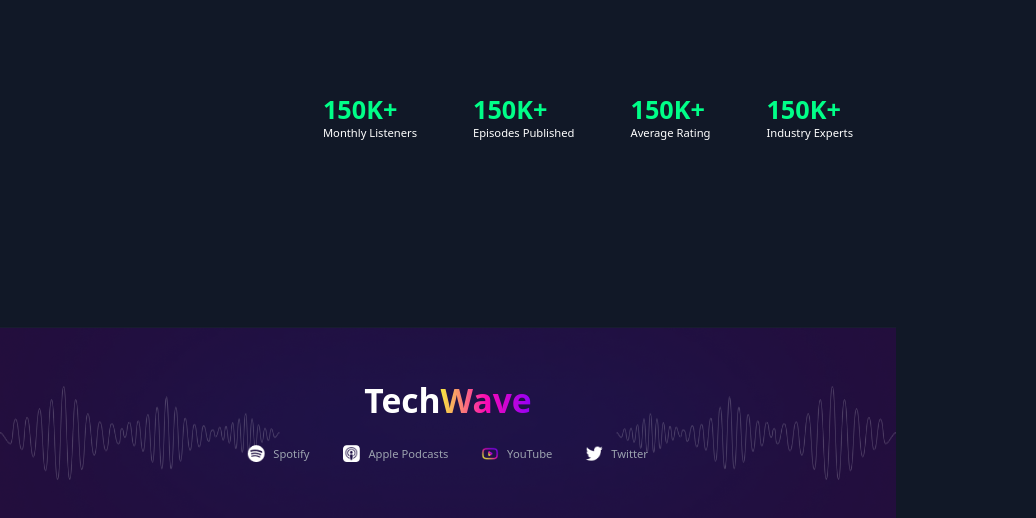
Repository: tanimtanzilislam/Assignment_2
Page: index.html
These files come from the project's save history. The page is drawn as it stood at one moment and after the next save; the edit follows.
The browser window is 1280 px wide. The page is 1480 px wide, so the pictures cover 1480 px, including what lies to the right of the window. The pictures show the part of the page from y = 910 to 2590 px (the page is 1650 px tall before and 2590 px after), at 70% of full size.
Some web libraries are served in a nearby version.

Above is the page before, as saved 2026-02-27 00:04:02.

After the next save:
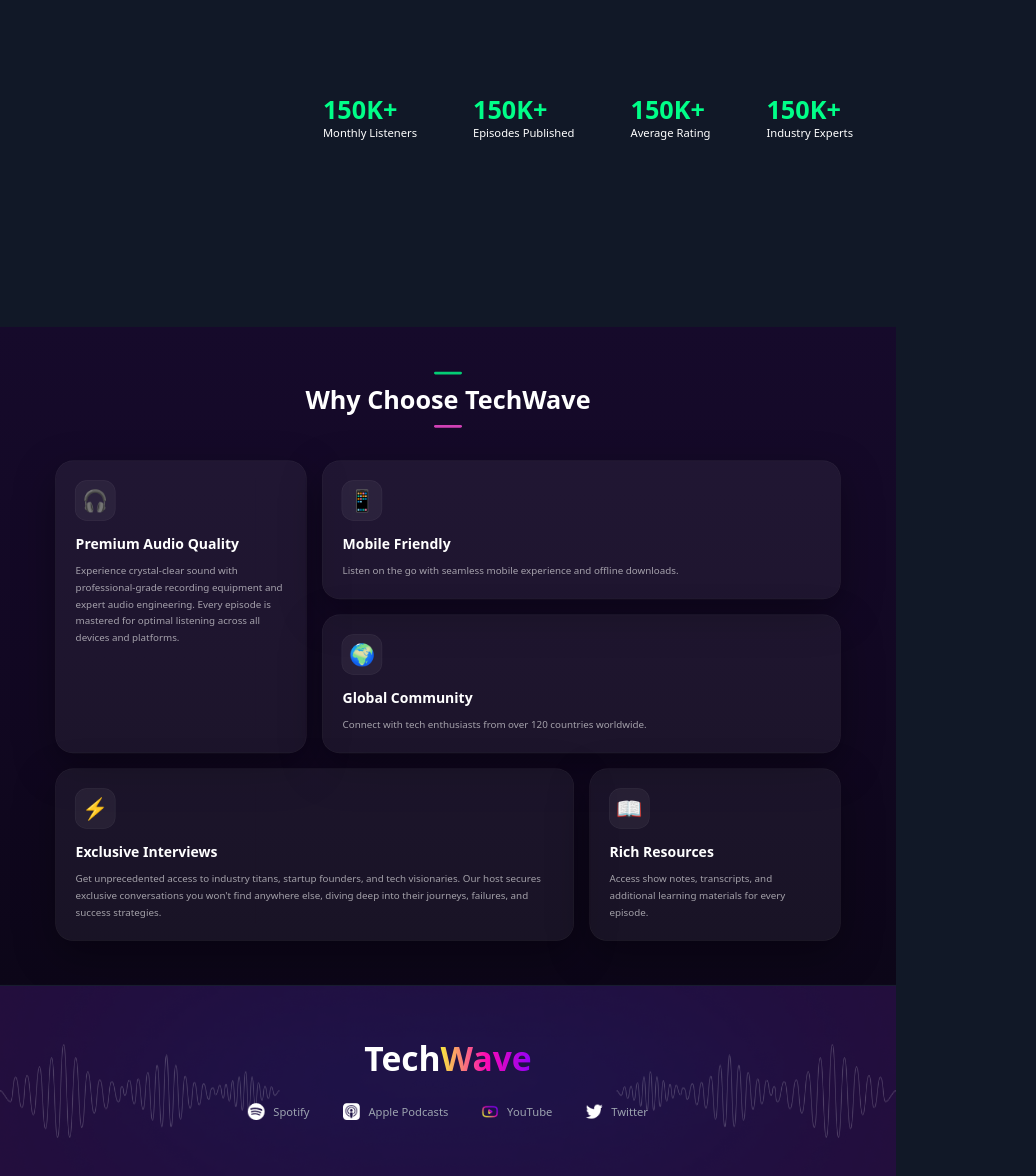
Saved 2 h 4 min later.
--- a/index.html
+++ b/index.html
@@ -100,6 +100,80 @@ and share stories of personal growth from industry leaders.
 
     </div>
     </section>
+
+
+
+    <section class="relative overflow-hidden bg-gradient-to-b from-[#160a2b] via-[#120823] to-[#0c0618] py-16">
+  <div class="mx-auto max-w-6xl px-4">
+    <!-- Heading -->
+    <div class="text-center">
+      <div class="mx-auto mb-4 h-1 w-10 rounded-full bg-[#00FF88]/80"></div>
+      <h2 class="text-3xl font-extrabold text-white sm:text-4xl">Why Choose TechWave</h2>
+      <div class="mx-auto mt-4 h-1 w-10 rounded-full bg-[#ff4fd8]/80"></div>
+    </div>
+
+    <!-- Grid (mobile: 1 col, md+: 12 col) -->
+    <div class="mt-12 grid grid-cols-1 gap-6 md:grid-cols-12">
+      <!-- Left Tall Card -->
+      <div class="rounded-3xl bg-white/5 p-7 shadow-[0_20px_60px_rgba(0,0,0,0.35)] ring-1 ring-white/10 md:col-span-4 md:row-span-2">
+        <div class="mb-5 flex h-14 w-14 items-center justify-center rounded-2xl bg-white/5 ring-1 ring-white/10">
+          <span class="text-3xl">🎧</span>
+        </div>
+        <h3 class="text-xl font-bold text-white">Premium Audio Quality</h3>
+        <p class="mt-3 text-sm leading-6 text-white/60">
+          Experience crystal-clear sound with professional-grade recording equipment and expert audio engineering.
+          Every episode is mastered for optimal listening across all devices and platforms.
+        </p>
+      </div>
+
+      <!-- Right Top Card -->
+      <div class="rounded-3xl bg-white/5 p-7 shadow-[0_20px_60px_rgba(0,0,0,0.35)] ring-1 ring-white/10 md:col-span-8">
+        <div class="mb-5 flex h-14 w-14 items-center justify-center rounded-2xl bg-white/5 ring-1 ring-white/10">
+          <span class="text-3xl">📱</span>
+        </div>
+        <h3 class="text-xl font-bold text-white">Mobile Friendly</h3>
+        <p class="mt-3 text-sm leading-6 text-white/60">
+          Listen on the go with seamless mobile experience and offline downloads.
+        </p>
+      </div>
+
+      <!-- Right Middle Card -->
+      <div class="rounded-3xl bg-white/5 p-7 shadow-[0_20px_60px_rgba(0,0,0,0.35)] ring-1 ring-white/10 md:col-span-8">
+        <div class="mb-5 flex h-14 w-14 items-center justify-center rounded-2xl bg-white/5 ring-1 ring-white/10">
+          <span class="text-3xl">🌍</span>
+        </div>
+        <h3 class="text-xl font-bold text-white">Global Community</h3>
+        <p class="mt-3 text-sm leading-6 text-white/60">
+          Connect with tech enthusiasts from over 120 countries worldwide.
+        </p>
+      </div>
+
+      <!-- Bottom Left Wide Card -->
+      <div class="rounded-3xl bg-white/5 p-7 shadow-[0_20px_60px_rgba(0,0,0,0.35)] ring-1 ring-white/10 md:col-span-8">
+        <div class="mb-5 flex h-14 w-14 items-center justify-center rounded-2xl bg-white/5 ring-1 ring-white/10">
+          <span class="text-3xl">⚡</span>
+        </div>
+        <h3 class="text-xl font-bold text-white">Exclusive Interviews</h3>
+        <p class="mt-3 text-sm leading-6 text-white/60">
+          Get unprecedented access to industry titans, startup founders, and tech visionaries. Our host secures
+          exclusive conversations you won't find anywhere else, diving deep into their journeys, failures, and
+          success strategies.
+        </p>
+      </div>
+
+      <!-- Bottom Right Small Card -->
+      <div class="rounded-3xl bg-white/5 p-7 shadow-[0_20px_60px_rgba(0,0,0,0.35)] ring-1 ring-white/10 md:col-span-4">
+        <div class="mb-5 flex h-14 w-14 items-center justify-center rounded-2xl bg-white/5 ring-1 ring-white/10">
+          <span class="text-3xl">📖</span>
+        </div>
+        <h3 class="text-xl font-bold text-white">Rich Resources</h3>
+        <p class="mt-3 text-sm leading-6 text-white/60">
+          Access show notes, transcripts, and additional learning materials for every episode.
+        </p>
+      </div>
+    </div>
+  </div>
+</section>
     <!-- max-w-[1600px] w-full ekssathe use korse cz w-full small screen a used hbe full screen width nibe. ar max-w-[1600 ] boro screen e  max 1600px nibe -->
      <!-- mx-auto: left ar right e auto margin nibe  -->
 
